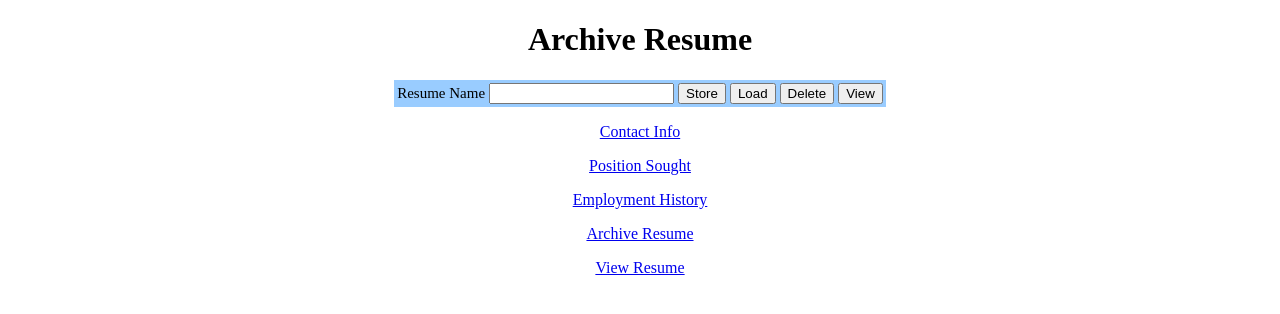
Repository: HyveMynd/cs4540
Page: http://localhost/archive.php
An editor plug-in stored every save of this project. The page is shown before and after the next save, followed by the edit.
The browser window is 1280 px wide. The pictures show the whole page.
Some web libraries are served in a nearby version. The page is run by PHP 8.4 with error messages shown; the project is at /var/www/html/.

Above is the page before, as saved 2013-02-19 20:55:03.

After the next save:
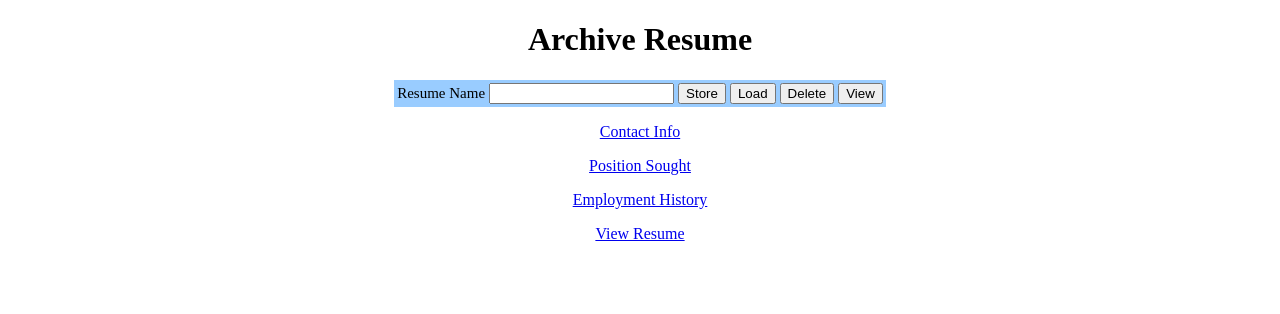
Saved 19 s later.
--- a/ps5/archive.php
+++ b/ps5/archive.php
@@ -29,7 +29,6 @@ require 'functions.php';
 	<p><a href="contactInfo.php" >Contact Info</a></p>
 	<p><a href="positionSought.php" >Position Sought</a></p>
 	<p><a href="employmentHistory.php" >Employment History</a></p>
-	<p><a href="archive.php" >Archive Resume</a></p>
 	<p><a href="viewResume.php" >View Resume</a></p>
 </body>
 <script type="text/javascript" >
